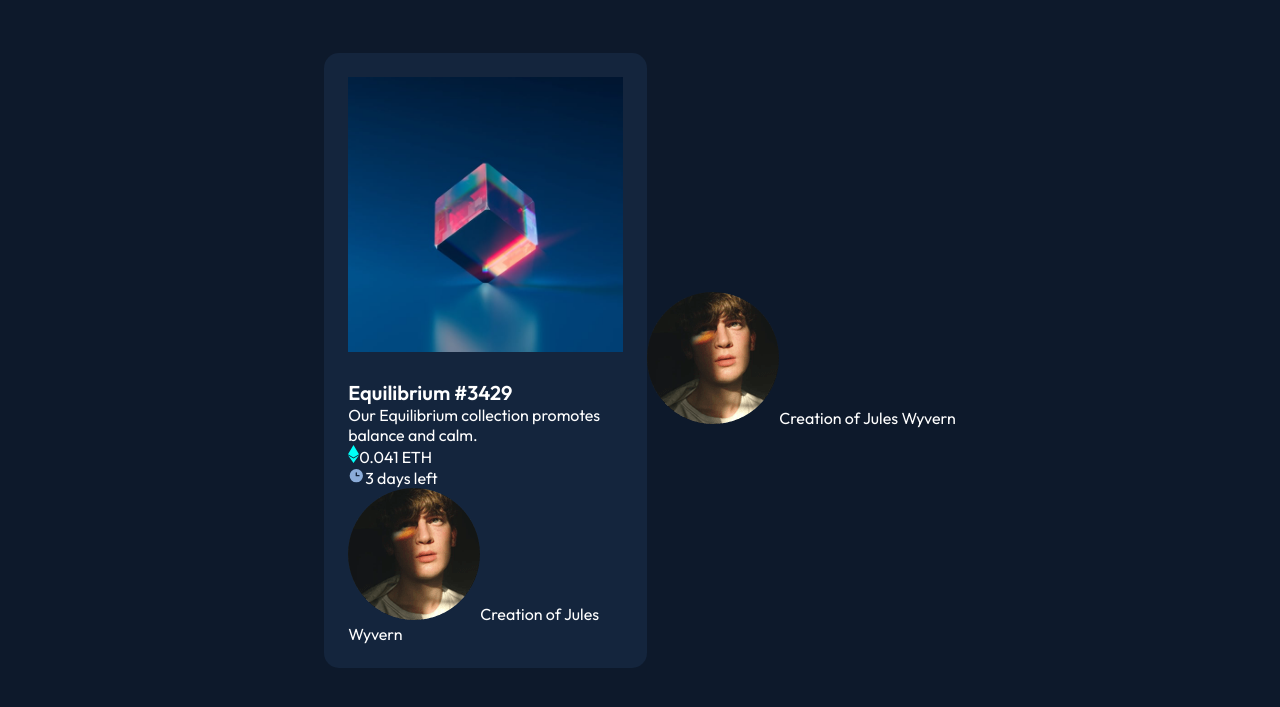
Repository: VAL1DOL-web/fm-NFT-preview-card-component
Page: index.html
An editor plug-in stored every save of this project. The page is shown before and after the next save, followed by the edit.
The browser window is 1280 px wide. The pictures show the whole page.

Above is the page before, as saved 2024-01-07 15:40:16.

### index.html
<!DOCTYPE html>
<html lang="en">
<head>
  <meta charset="UTF-8">
  <meta name="viewport" content="width=device-width, initial-scale=1.0"> <!-- displays site properly based on user's device -->

  <link rel="icon" type="image/png" sizes="32x32" href="./images/favicon-32x32.png">
  <link rel="stylesheet" href="style.css">

  <title>NFT preview card component</title>

</head>
<body>
  <div class="card">
    <div class="image">
      <img src="images/image-equilibrium.jpg" alt="" class="mainImg" >
    </div>
    <h3>Equilibrium #3429</h3>
    <div class="description">
      Our Equilibrium collection promotes balance and calm.
    </div>
    <div class="price-days">
      <div class="price">
        <img src="images/icon-ethereum.svg" alt="">0.041 ETH
      </div>
      <div class="days"><img src="images/icon-clock.svg" alt="">3 days left</div>
    </div>
    <div class="creator">
      <img src="images/image-avatar.png" alt="">Creation of <span>Jules Wyvern</span>
    </div>
  </div>
  <div class="creator">
    <img src="images/image-avatar.png" alt="">Creation of <span>Jules Wyvern</span>
  </div>
</body>
</html>

### style.css
@import url('https://fonts.googleapis.com/css2?family=Outfit:wght@300;400;600&display=swap');

* {
    margin: 0;
    padding: 0;
  }
body {
    background: hsl(217, 54%, 11%);
    width: 100%;
    height: 100vh;
    color:white;
    display: flex;
    justify-content: center;
    align-items: center;
    font-family: 'Outfit', sans-serif;
  }
.card {
    background-color:hsl(216, 50%, 16%);
    border-radius:15px;
    width: 275px;
    padding: 1.5rem;
}
.image {
    position: relative;
}
.mainImg {
    width: 100%;
    height: 100%;
}
h3 {
    margin-top: 1.5rem;
    font-size:20px ;
    font-weight: 600;
}
.description {

}

After the next save:
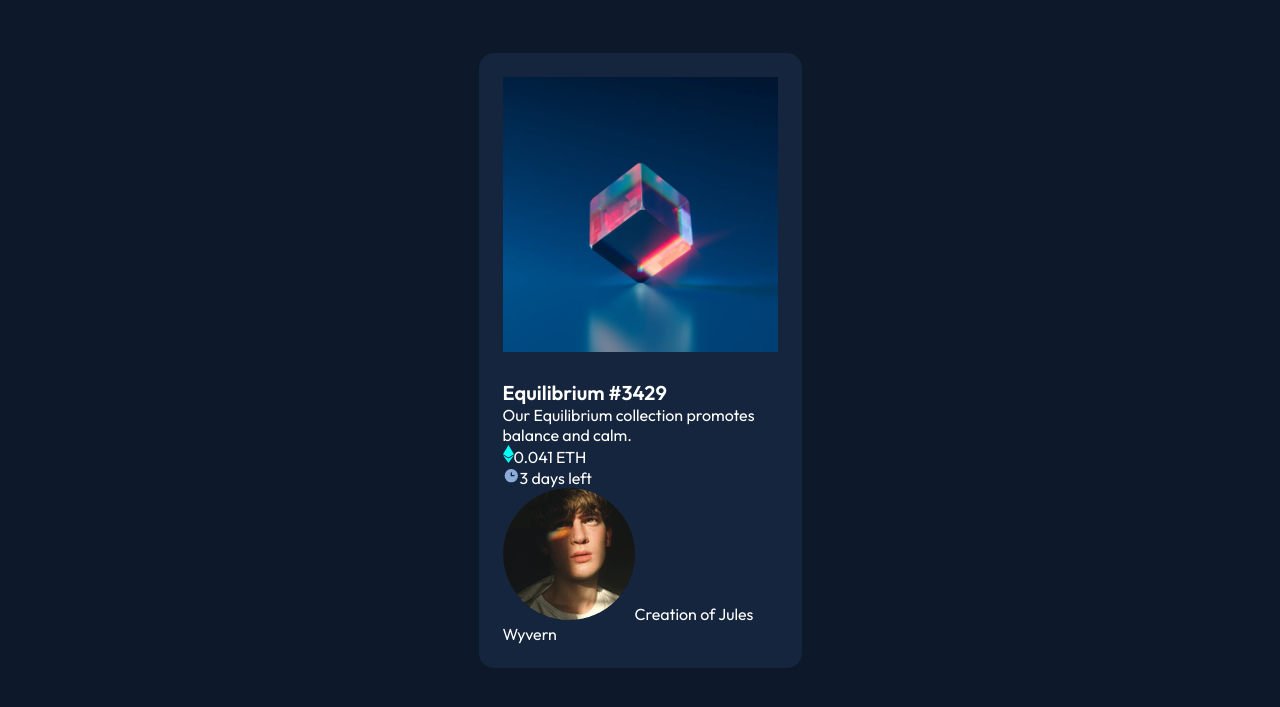
Saved 5 s later.
--- a/index.html
+++ b/index.html
@@ -29,8 +29,5 @@
       <img src="images/image-avatar.png" alt="">Creation of <span>Jules Wyvern</span>
     </div>
   </div>
-  <div class="creator">
-    <img src="images/image-avatar.png" alt="">Creation of <span>Jules Wyvern</span>
-  </div>
 </body>
 </html>
